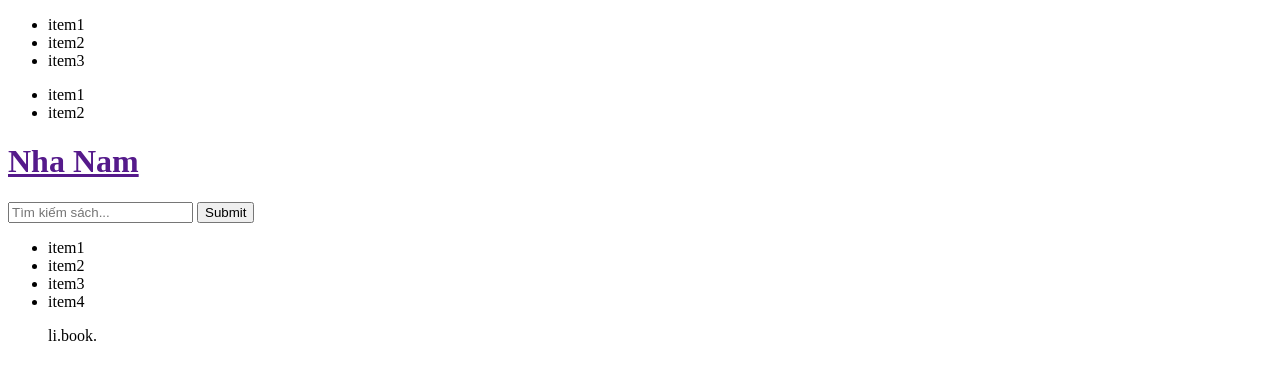
Repository: Kienroro2003/A0921I1_NgyenTranKien
Page: Module6/sprint2/index.html
An editor plug-in stored every save of this project. The page is shown before and after the next save, followed by the edit.
The browser window is 1280 px wide. The pictures show the whole page.

Above is the page before, as saved 2022-08-26 16:25:38.

After the next save:
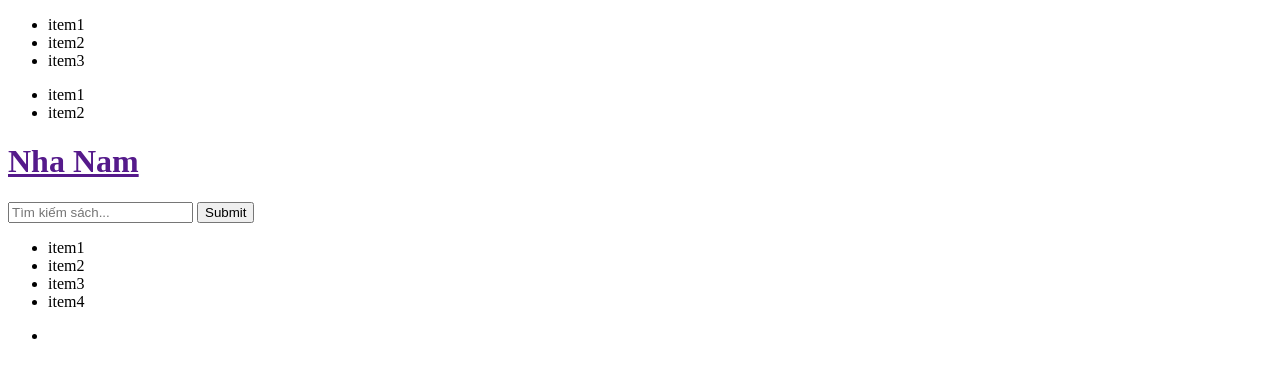
Saved 7 s later.
--- a/Module6/sprint2/index.html
+++ b/Module6/sprint2/index.html
@@ -53,7 +53,9 @@
                     <a href=""></a>
                 </header>
                 <ul class="listbook clearfix">
-                    li.book.
+                    <li class="book bookimage">
+
+                    </li>
                 </ul>
             </div>
         </div>
